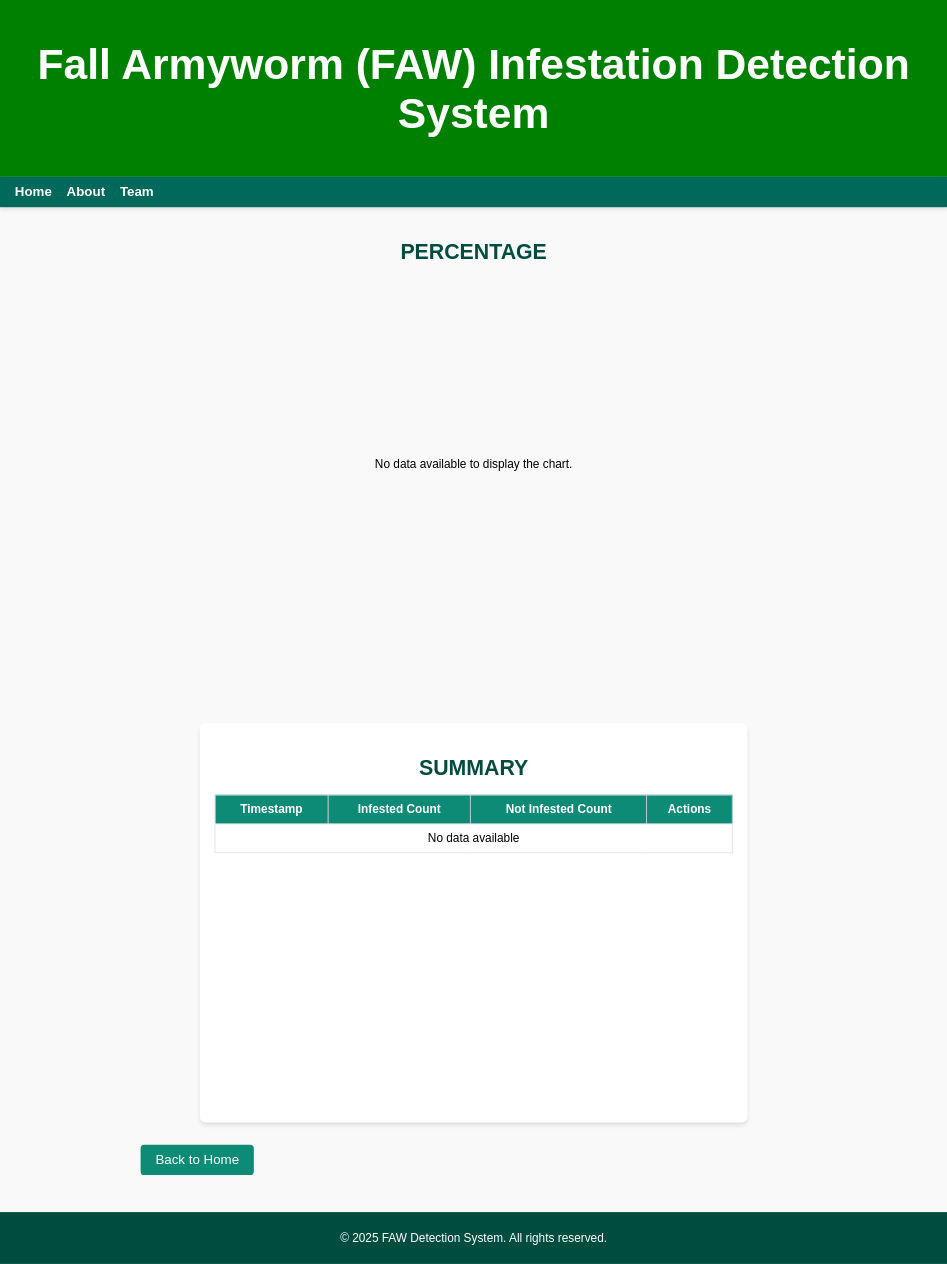
Repository: jansen223/faw-detection-main
Page: /summary
The author's editor kept a copy of each file at every save. The page is drawn from the files as they stood at one save, then again after the next save.
The browser window is 1280 px wide. The pictures show the whole page, at 74% of full size.
The page's requests for data from a server got no answer. The project was rebuilt for these pictures with package versions that can differ from the ones it lists, and the page was loaded fresh each time. No one was signed in, and anything a server would have sent is missing. Also part of the build but not shown: src/pages/Home.css, src/pages/Home.js, src/pages/About.css, src/pages/About.js, src/pages/Team.css, src/pages/Team.js.

Above is the page before, as saved 2025-04-13 12:29:43.

After the next save:
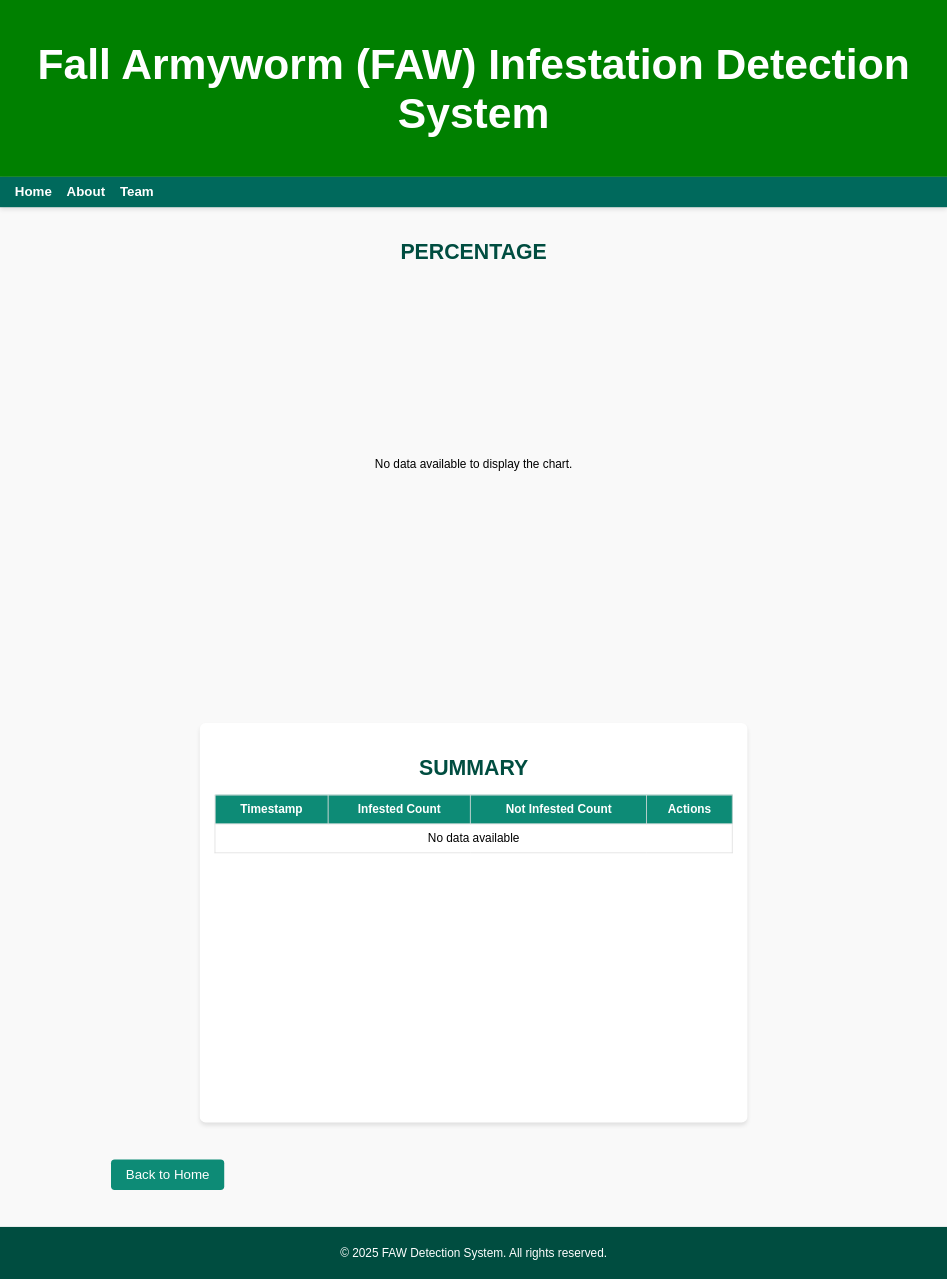
Saved 13 s later.
--- a/src/pages/Summary.css
+++ b/src/pages/Summary.css
@@ -79,7 +79,7 @@
 }
 
 .back-button {
-  margin: 10px 0 50px 190px;
+  margin: 30px 0 50px 150px;
   padding: 10px 20px;
   background-color: #0d8b76;
   color: white;
